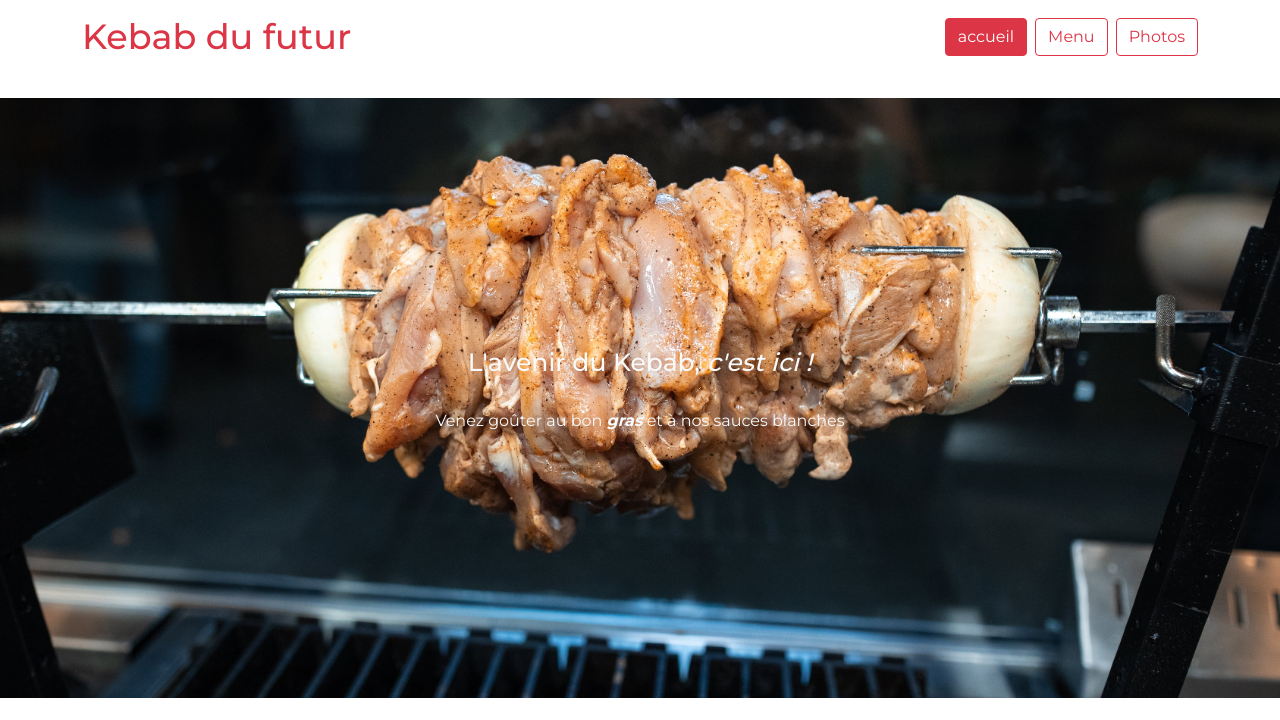
Repository: phbord/THP-js-exercices-manipulation-DOM
Page: index.html
An editor plug-in stored every save of this project. The page is shown before and after a run of saves, followed by the edit.
The browser window is 1280 px wide. The pictures show the whole page.
After loading, the first visible `#btn-nav-1` was clicked once.

Above is the page before, as saved 2021-07-19 12:11:07.
Console error: ReferenceError: elt is not defined

### index.html
<!DOCTYPE HTML>
<html lang="fr">
    <head>
        <title></title>
        <meta charset="utf-8">
        <link href="https://cdn.jsdelivr.net/npm/bootstrap@5.0.2/dist/css/bootstrap.min.css"
                rel="stylesheet"
                integrity="sha384-EVSTQN3/azprG1Anm3QDgpJLIm9Nao0Yz1ztcQTwFspd3yD65VohhpuuCOmLASjC"
                crossorigin="anonymous">
        <link rel="stylesheet" href="./styles/main.css">
    </head>
    <body>
        <!-- HEADER -->
        <header class="mb-4 py-3">
            <nav class="container d-flex align-items-center justify-content-between">
                <div class="me-5" href="#">
                    <h1 class="text-danger">Kebab du futur</h1>
                </div>
                <ul class="d-flex">
                    <li class="me-2">
                        <a id="btn-nav-1" class="btn btn-danger btn-nav" href="#">accueil</a>
                    </li>
                    <li class="me-2">
                        <a id="btn-nav-2" class="btn btn-outline-danger btn-nav" href="#">Menu</a>
                    </li>
                    <li>
                        <a id="btn-nav-3" class="btn btn-outline-danger btn-nav" href="#">Photos</a>
                    </li>
                </ul>
            </nav>
        </header>

        <!-- ACCUEIL -->
        <section id="block-1" class="home d-flex flex-column justify-content-center align-items-center p-4">
            <h2 class="text-light">L'avenir du Kebab, <i>c'est ici !</i></h2>
            <p class="text-light mt-4">Venez goûter au bon <b><i>gras</i></b> et à nos sauces blanches</p>
        </section>

        <!-- MENU -->
        <section id="block-2" class="d-none"></section>

        <!-- PHOTOS -->
        <section id="block-3" class="d-none"></section>


        <!-- SCRIPTS -->
        <script src="./scripts/main.js"></script>
    </body>
</html>

### styles/main.css
@import url('https://fonts.googleapis.com/css2?family=Montserrat:wght@100;200;300;400;500;600;700;800;900&display=swap');

body {
    font-family: Montserrat;
}

ul,li {
    margin: 0;
    padding: 0;
    list-style: none;
}

header h1 {
    font-size: 35px;
}
header h1 {
    margin: 0;
}
h2 {
    font-size: 25px;
}

a,button {
    -webkit-transition: all 300ms ease;
    -moz-transition: all 300ms ease;
    -ms-transition: all 300ms ease;
    -o-transition: all 300ms ease;
    transition: all 300ms ease;
}

/* ACCUEIL */
.home {
    height: 600px;
    background: transparent url(../img/i_home.jpeg) center no-repeat;
    background-size: cover;
}

/*  */

### scripts/main.js
class Page {
    constructor() {
        this.navBtnElt = document.querySelectorAll('.btn-nav');
        this.sectionElt = document.querySelectorAll('section');
    }

    clickOnNavBtn() {
        for (let i = 0; i < this.navBtnElt.length; i++) {
            this.navBtnElt[i].addEventListener('click', (e) => {
                e.preventDefault();
                let id = e.target.id.split('btn-nav-')[1];
                for (let j = 0; j < this.sectionElt.length; j++) {
                    elt.classList.toggle('d-none');
                }
                //this.sectionElt[id].classList.add('');
                console.log('>>>', id);
            });
        }
    }
}


document.addEventListener('DOMContentLoaded', () => {
    const pages = new Page();
    pages.clickOnNavBtn();
});

After the next 3 saves:
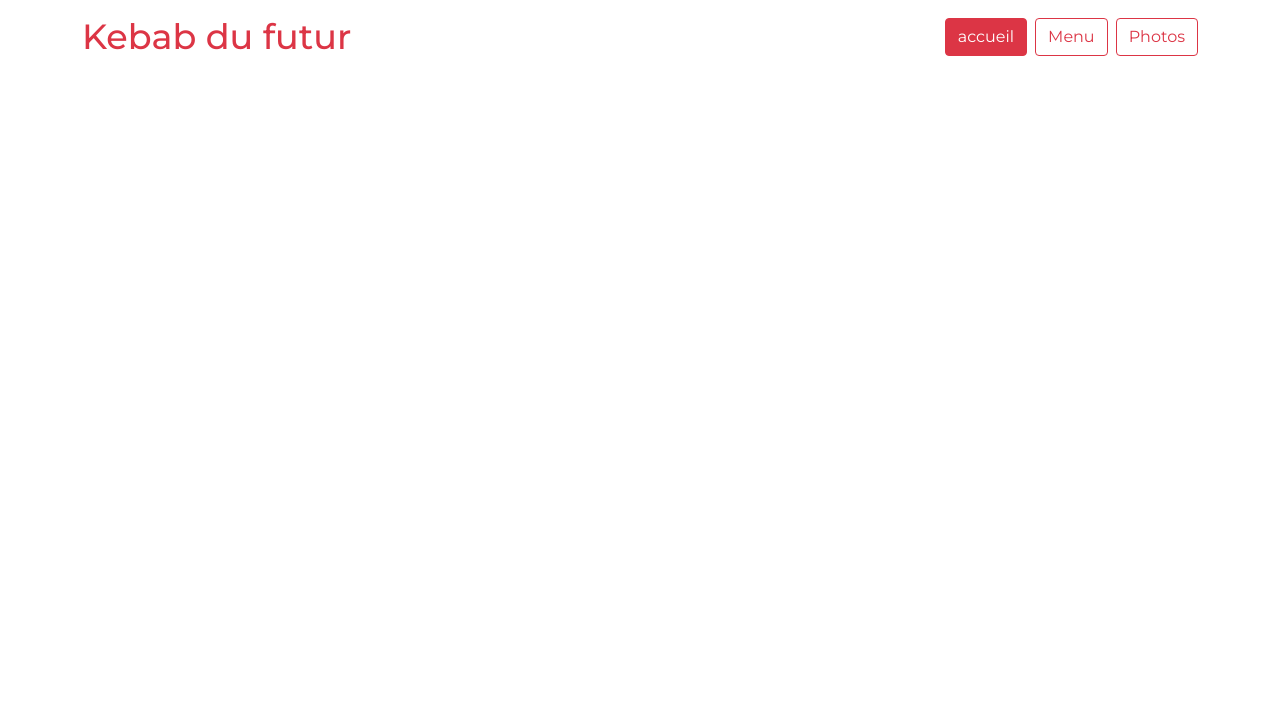
The error is gone.
The 3 saves are shown as one change because they came seconds apart.
The last was saved 11 s later.
--- a/scripts/main.js
+++ b/scripts/main.js
@@ -10,7 +10,7 @@
                 e.preventDefault();
                 let id = e.target.id.split('btn-nav-')[1];
                 for (let j = 0; j < this.sectionElt.length; j++) {
-                    elt.classList.toggle('d-none');
+                    this.sectionElt[j].classList.toggle('d-none');
                 }
                 //this.sectionElt[id].classList.add('');
                 console.log('>>>', id);
